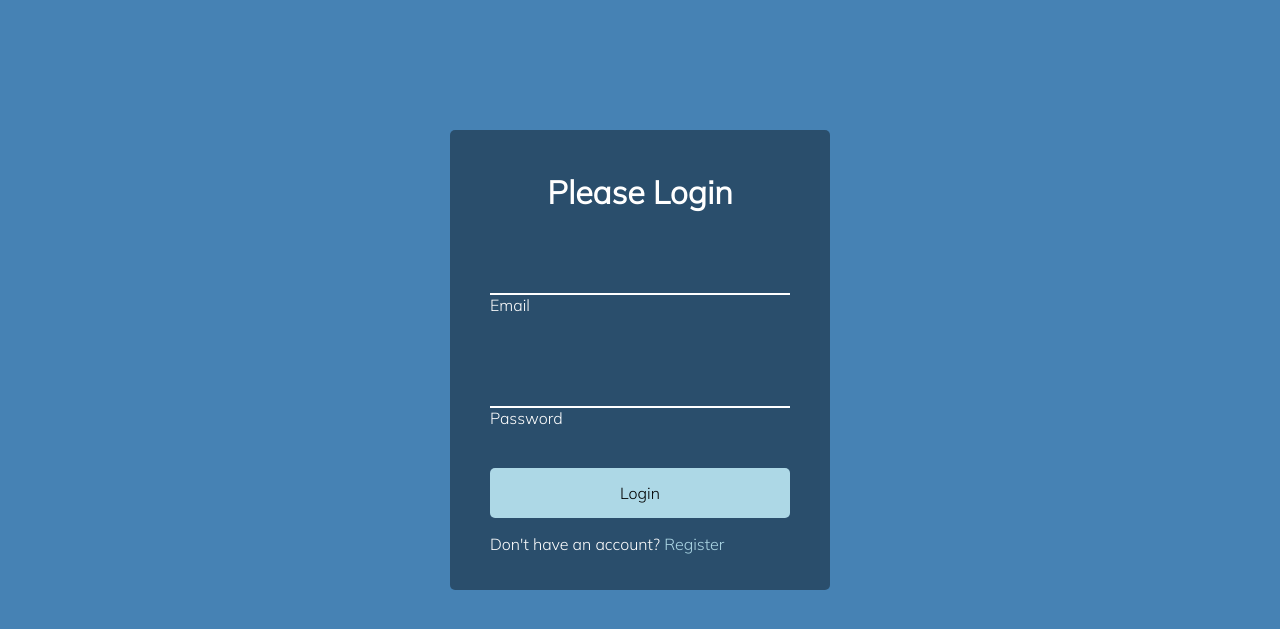
Repository: Berkan71/js-example-little-projects
Page: form-input-wave/index.html
These files come from the project's save history. The page is drawn as it stood at one moment and after the next save; the edit follows.
The browser window is 1280 px wide. The pictures show the whole page.

Above is the page before, as saved 2022-07-27 21:33:18.

After the next save:
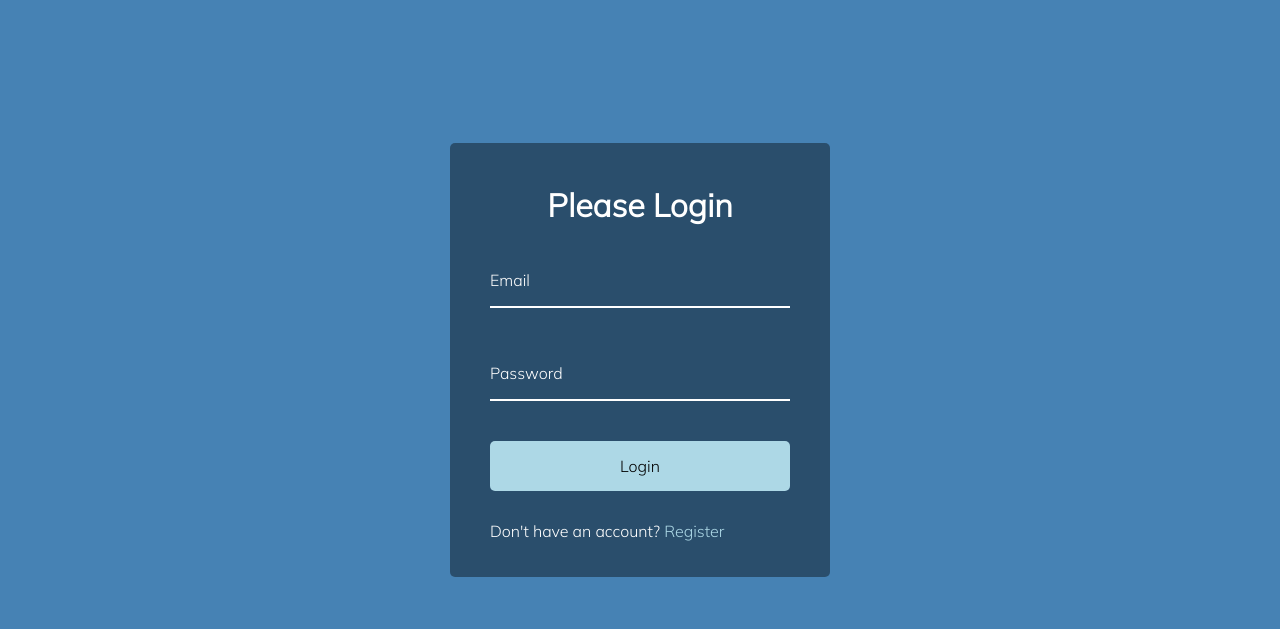
Saved 92 s later.
--- a/form-input-wave/style.css
+++ b/form-input-wave/style.css
@@ -53,6 +53,10 @@ body {
     transform: scale(0.98);
 }
 
+.text {
+    margin-top: 30px;
+}
+
 .form-control {
     position: relative;
     margin: 20px 0 40px;
@@ -74,3 +78,9 @@ body {
 .form-control input:valid {
     outline: 0;
 }
+
+.form-control label {
+    position: absolute;
+    top: 15px;
+    left: 0;
+}
